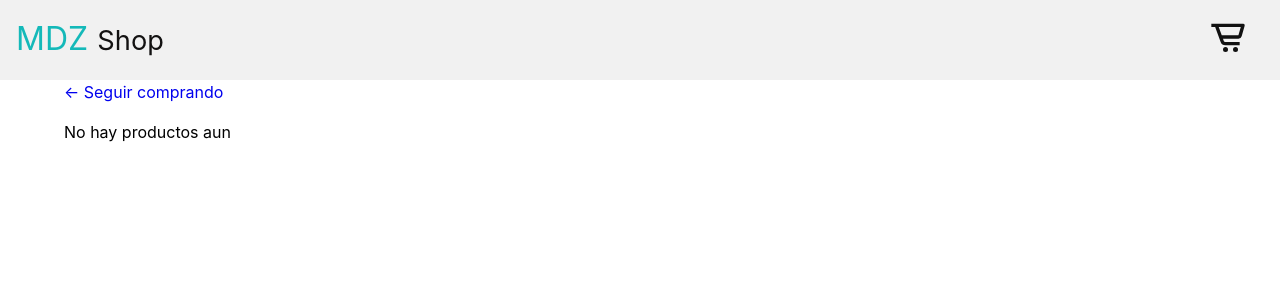
Repository: leo7mdz/FE-e-Commerce-shoes
Page: /cart
The author's editor kept a copy of each file at every save. The page is drawn from the files as they stood at one save, then again after the next save.
The browser window is 1280 px wide. The pictures show the whole page.
The project was rebuilt for these pictures with package versions that can differ from the ones it lists, and the page was loaded fresh each time. Also part of the build but not shown: vite.config.js, src/components/banner.module.css, src/components/Banner.jsx, src/components/card.module.css, src/components/Card.jsx, src/components/gridProducts.module.css, src/components/Products.jsx, src/components/product.module.css and 5 more.

Above is the page before, as saved 2023-03-02 19:10:22.

### src/App.jsx
import "./App.css";
import { Provider } from "react-redux";
import { store } from "./store/store";
import { BrowserRouter, Route, Routes } from "react-router-dom";
import Products from "./components/Products";
import Header from "./components/Header";
import Product from "./components/Product";
import Cart from "./components/Cart";
import CheckOutSucceess from "./pages/checkOutSucceess";

function App() {
  return (
    <Provider store={store}>
      <div className="App">
        <BrowserRouter>
          <Header />
          <Routes>
            <Route path="/" element={<Products />} />
            <Route path="/product/:id" element={<Product />} />
            <Route path="/checkout-success" element={<CheckOutSucceess />} />
            <Route path="/cart" element={<Cart />} />
          </Routes>
        </BrowserRouter>
      </div>
    </Provider>
  );
}

export default App;

### src/index.css
:root {
  font-family: Inter, Avenir, Helvetica, Arial, sans-serif;
  font-size: 16px;
  line-height: 24px;
  font-weight: 400;

}

body {
  margin: 0;
}

a {
  text-decoration: none;
}

img {
  max-width: 100%;
}

### src/store/store.js
import { configureStore } from "@reduxjs/toolkit";
import { productsApi } from "../api/productsApi";
import cartReducer from "../slice/cartSlice";

export const store = configureStore({
  reducer: {
    cart: cartReducer,
    [productsApi.reducerPath]: productsApi.reducer,
  },
  middleware: (getDefaultMiddleware) =>
    getDefaultMiddleware().concat(productsApi.middleware),
});

### src/components/Header.jsx
import React, { useEffect } from "react";
import style from "./header.module.css";
import { BiCartAlt } from "react-icons/bi";
import { Link } from "react-router-dom";
import { useDispatch, useSelector } from "react-redux";
import { GetTotals } from "../slice/cartSlice";

const Header = () => {
  let totalItems = useSelector((state) => state.cart);
  const dispatch = useDispatch();

  useEffect(() => {
    dispatch(GetTotals());
  }, [totalItems, GetTotals]);

  return (
    <header className={style.header}>
      <Link to="/">
        <p className={style.title}>
          <span className={style.span}>mdz</span> Shop
        </p>
      </Link>

      <nav className={style.nav}>
        <Link className={style.cart} to="/cart">
          <BiCartAlt className={style.icon} />
          {totalItems.cartTotalQuantity > 0 && (
            <span className={style.itemTotals}>
              {totalItems.cartTotalQuantity}
            </span>
          )}
        </Link>
      </nav>
    </header>
  );
};

export default Header;

### src/components/Cart.jsx
import React from "react";
import { useEffect } from "react";
import { useDispatch, useSelector } from "react-redux";
import { clearCart, GetTotals } from "../slice/cartSlice";
import { Link } from "react-router-dom";
import ItemCart from "./ItemCart";
import PayButton from "./PayButton";
import style from "./cart.module.css";

const Cart = () => {
  const cart = useSelector((state) => state.cart.cart);
  const details = useSelector((state) => state.cart);

  const dispatch = useDispatch();
  //console.log(details);

  useEffect(() => {
    dispatch(GetTotals());
  }, []);

  return (
    <div className={style.containerCart}>
      <Link to="/"> &#8592; Seguir comprando</Link>
      {cart.length > 0 ? (
        <div>
          <div>
            {cart.map((item) => (
              <ItemCart item={item} key={item.Id} />
            ))}
          </div>

          <button onClick={() => dispatch(clearCart())}>Limpiar carrito</button>

          <div>
            <p>Productos totales . . . . . . . {details.cartTotalQuantity} </p>
            <p>Subtotal . . . . . . . . . $ {details.cartTotalAmount}</p>
            <p>Envio . . . . . . . . . Sin costo</p>
            <p>Total . . . . . . . . . $ {details.cartTotalAmount}</p>
          </div>

          <PayButton cart={cart} />
        </div>
      ) : (
        <p>No hay productos aun</p>
      )}
    </div>
  );
};

export default Cart;

### src/api/productsApi.js
import { createApi, fetchBaseQuery } from "@reduxjs/toolkit/query/react";

export const productsApi = createApi({
  reducerPath: "productsApi",
  baseQuery: fetchBaseQuery({
    baseUrl: "https://be-e-commerce-shoes.vercel.app/",
  }),
  endpoints: (builder) => ({
    getProducts: builder.query({
      query: () => "products",
    }),
    getProduct: builder.query({
      query: (id) => `products/${id}`,
    }),
  }),
});

export const { useGetProductsQuery, useGetProductQuery } = productsApi;

### src/slice/cartSlice.js
import { createSlice } from "@reduxjs/toolkit";

const initialState = {
  cart: [],
  cartTotalQuantity: 0,
  cartTotalAmount: 0,
};

export const cartSlice = createSlice({
  name: "cart",
  initialState,
  reducers: {
    addToCart: (state, action) => {
      let product = state.cart.find(
        (product) => product.Id == action.payload.Id
      );

      return product
        ? {
            ...state,
            cart: state.cart.map((product) =>
              product.Id === action.payload.Id
                ? { ...product, Cantidad: product.Cantidad + 1 }
                : product
            ),
          }
        : {
            ...state,
            cart: [...state.cart, { ...action.payload, Cantidad: 1 }],
          };
    },

    incrementCart: (state, action) => {
      return {
        ...state,
        cart: state.cart.map((item) =>
          item.Id === action.payload.Id
            ? { ...item, Cantidad: item.Cantidad + 1 }
            : item
        ),
      };
    },
    clearItem: (state, action) => {
      return {
        ...state,
        cart: state.cart.filter((item) => item.Id !== action.payload.Id),
      };
    },
    clearCart: (state, action) => {
      return initialState;
    },
    GetTotals: (state, action) => {
      let { total, quantity } = state.cart.reduce(
        (acc, product) => {
          const { Precio, Cantidad } = product;
          const itemTotal = Precio * Cantidad;

          (acc.total += itemTotal), (acc.quantity += Cantidad);

          return acc;
        },
        { total: 0, quantity: 0 }
      );

      state.cartTotalAmount = total.toFixed(3);
      state.cartTotalQuantity = quantity;
    },
  },
});
export const {
  addToCart,
  decrementCart,
  incrementCart,
  clearCart,
  GetTotals,
  clearItem,
} = cartSlice.actions;

export default cartSlice.reducer;

### src/components/header.module.css
.header {
    display: flex;
    justify-content: space-between;
    align-items: center;
    position: sticky;
    top: 0;
    background-color: #f1f1f1;
    z-index: 100000;

}

.span {
    color: rgb(20, 185, 185);
    text-transform: uppercase;
    font-size: 2rem;
    padding-right: .1rem;
}

.title {
    color: rgb(19, 18, 18);
    font-size: 1.7rem;
    padding-left: 1rem;
}

.cart {
    padding-right: 2rem;
}

.icon {
    font-size: 2.5rem;

    color: rgb(17, 17, 17);
}

.itemTotals {
    width: .4rem;
    height: .4rem;
    border-radius: 50%;
    border: transparent;
    padding: .2rem;
    font-size: .8rem;
    color: white;
    background-color: red;
    font-weight: bold;
    margin-left: -.4rem;
}

### src/components/cart.module.css
.containerCart {
    width: 90%;
    margin: 0 auto;
}

@media screen and (min-width: 1120px) {
    width: 85%;
}

Loaded but not shown: index.html (common file); src/main.jsx (common file); src/App.css (common file)

After the next save:
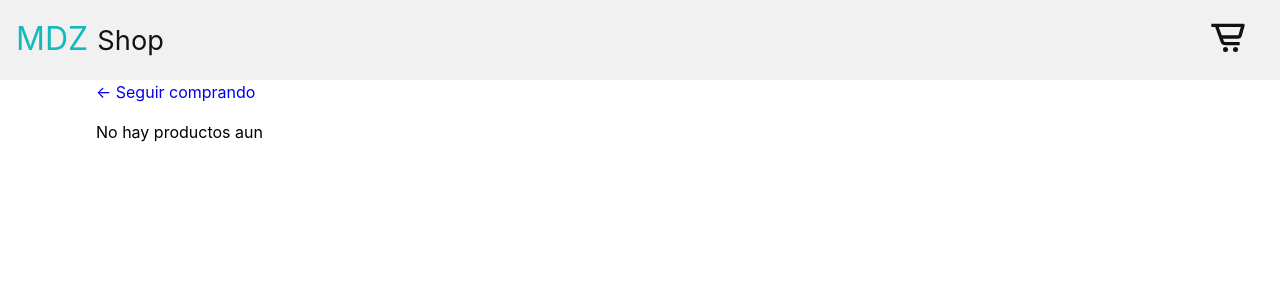
Saved 24 s later.
--- a/src/components/cart.module.css
+++ b/src/components/cart.module.css
@@ -4,5 +4,6 @@
 }
 
 @media screen and (min-width: 1120px) {
-    width: 85%;
-}
+    .containerCart {
+        width: 85%;
+    }
